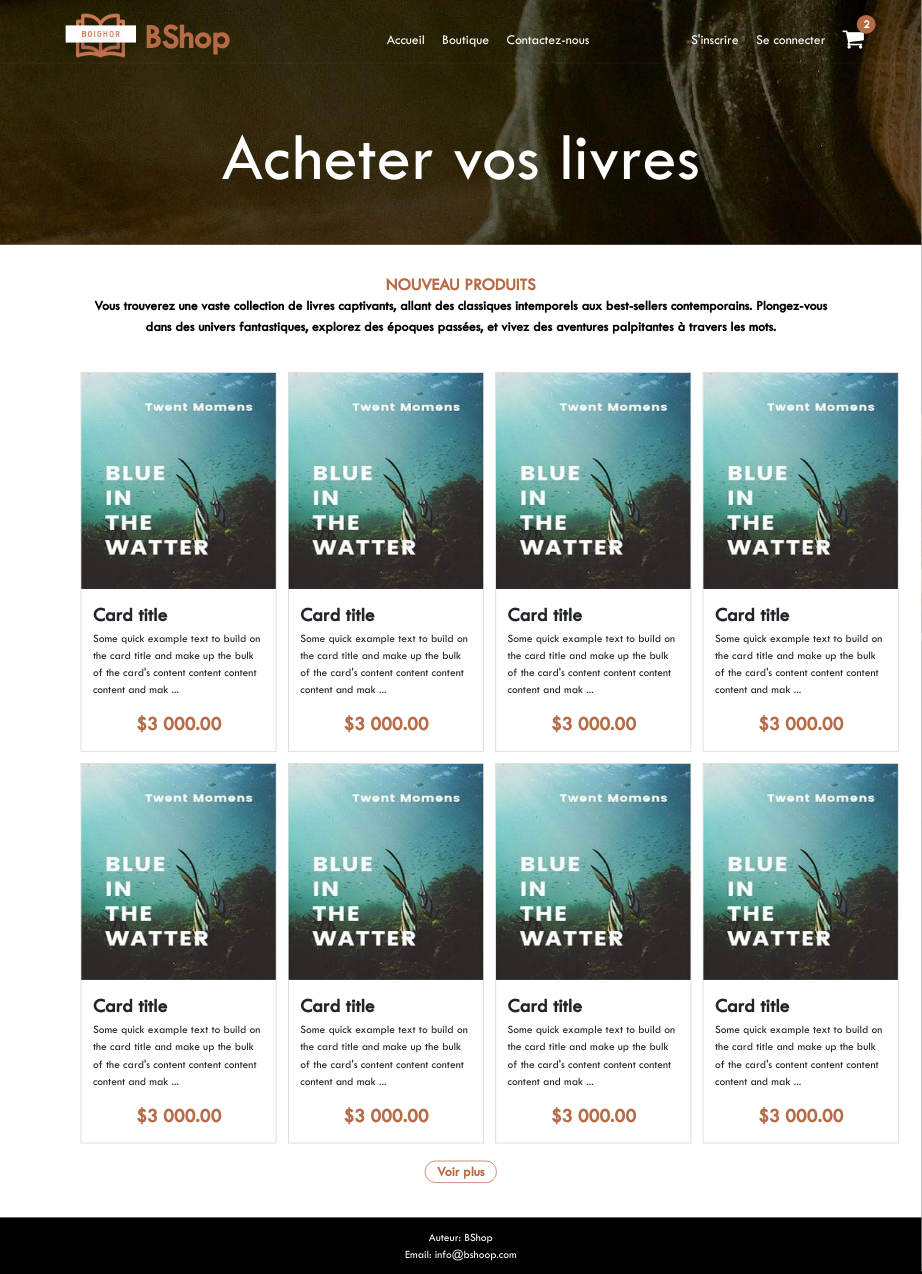
Repository: padevft/e-commerce-php
Page: http://localhost/
These files come from the project's save history. The page is drawn as it stood at one moment and after the next save; the edit follows.
The browser window is 1280 px wide. The pictures show the whole page, at 72% of full size.
The page is run by PHP 8.4 with error messages shown; the project is at /var/www/html/.

Above is the page before, as saved 2023-09-18 09:44:12.

### index.php
<?php
require_once('server/includes/utilitaires.inc.php');
?>
<!DOCTYPE html>
<html lang="en">

<head>
  <meta charset="UTF-8" />
  <meta name="viewport" content="width=device-width, initial-scale=1.0" />
  <title>Boutique en ligne</title>

  <link rel="stylesheet" href="client/css/styles.css">
  <link rel="stylesheet" href="client/utilitaires/bootstrap/css/bootstrap.min.css">
  <link rel="stylesheet" href="client/utilitaires/font-awesome-4.7.0/css/font-awesome.min.css">

</head>


<body>
  <div class="container-app">
    <?php
    require_once('server/includes/header.inc.php');
    ?>
    <main>
      <div class="d-flex align-items-center justify-content-center pt-5 container-intro">
        <span class="text-intro">
          Acheter vos livres
        </span>
      </div>
      <div class="container-products">
        <div class="d-flex flex-column align-items-center justify-content-center gap-2 text-center content-intro">
          <span class="text-intro-1"> NOUVEAU PRODUITS</span>
          <span class="text-intro-2">
            Vous trouverez une vaste collection de livres captivants, allant des classiques intemporels aux best-sellers contemporains. Plongez-vous dans des univers fantastiques, explorez des époques passées, et vivez des aventures palpitantes à travers les mots.
          </span>
        </div>
        <?php
        $products = getProducts();
        ?>
        <div class="content-products">
          <div class="grid-products">
            <?php foreach ($products as $product) : ?>
              <?= getHtmlProucut($product) ?>
            <?php endforeach; ?>
          </div>
        </div>
        <div class="d-flex align-items-center justify-content-center pt-4">
          <a href="./index.php" class="view-plus px-3">Voir plus</a>
        </div>
      </div>
  </div>
  </main>
  <?php
  require_once('server/includes/footer.inc.php');
  ?>
  <script src="client/utilitaires/Jquery/jquery-3.6.0.min.js"></script>
  <script src="client/utilitaires/bootstrap/js/bootstrap.min.js"></script>
</body>

</html>

### server/includes/utilitaires.inc.php
<?php

function getProducts()
{
    $liste = array();
    $liste[0] = 1;
    $liste[1] = 1;
    $liste[2] = 1;
    $liste[3] = 1;
    $liste[4] = 1;
    $liste[5] = 1;
    $liste[6] = 1;
    $liste[7] = 1;
    return $liste;
}

$des = 'Some quick example text to build on the card title and make up the bulk of the card\'s content content content content and make up the bulk of the card and make up the bulk of the card and make up the bulk of the card. ';


function getSubDescription($inputString)
{
    if (strlen($inputString) <= 125) {
        return $inputString;
    }
    $result = substr($inputString, 0, 125) . ' ...';
    return $result;
}

function formatPrice($price)
{
    return number_format($price, 2, '.', ' ');
}


function getHtmlProucut($product)
{
    global $des;
    $html = <<<HTML
    <div class="card position-relative item-product">
        <img src="client/images/p-3.jpg" alt="...">
        <div class="card-body">
            <span class="card-title title-product">Card title</span>
    HTML;
    $html .= '<p class="card-text text-des">' . getSubDescription($des) . '</p>';
    $html .= '<div class="d-flex justify-content-center"><span class="text-price">$' . formatPrice(3000) . '</span></div>';
    $html .= <<<HTML
        </div>
        <div class="hover-product">
            <div class="options">
                <div class="icons-options">
                    <a href="#" class="icon">
                        <i class="fa fa-shopping-cart"></i>
                    </a>
                    <a href="#" class="icon">
                        <i class="fa fa-eye"></i>
                    </a>
                </div>
            </div>
        </div>
    </div>
    HTML;

    return $html;
}

### server/includes/header.inc.php
<header>
    <nav class="container-nav">
        <div class="row align-items-center">
            <div class="col-12 col-sm-4">
                <div class="d-flex flex-row align-items-center">
                    <a class="container-logo" href="./index.html">
                        <img src="client/images/logo.png" />
                    </a>
                    <span class="text-logo">BShop</span>
                </div>
            </div>
            <div class="col-md-4">
                <div class="container-menu mt-2">
                    <ul class="d-flex flex-row align-items-center justify-content-end gap-4 menu">
                        <li><a href="index.php" class="menu-item">Accueil</a></li>
                        <li><a href="shop.php" class="menu-item">Boutique</a></li>
                        <li><a href="server/pages/shop.php" class="menu-item">Contactez-nous</a></li>
                    </ul>
                </div>
            </div>
            <div class="col-6 col-md-4">
                <div class="d-flex align-items-center gap-4 justify-content-end mt-2">
                    <div class="container-menu">
                        <ul class="d-flex align-items-center gap-4 menu">
                            <li> <a href="./index.html" class="menu-item">S'inscrire</a></li>
                            <li> <a href="./index.html" class="menu-item">Se connecter</a></li>
                        </ul>

                    </div>
                    <div class="position-relative container-shopping-cart">
                        <span><i class="fa fa-shopping-cart shopping-cart"></i></span>
                        <span class="position-absolute number-product">2</span>
                    </div>
                </div>

            </div>

        </div>
    </nav>
</header>

### server/includes/footer.inc.php
<footer>
    <div class="container-footer">
        <span>Auteur: BShop</span>
        <span>Email: info@bshoop.com</span>
    </div>

</footer>

### client/css/styles.css
/* var text-decoration */
@font-face {
  font-family: myfont;
  src: url(../utilitaires/fonts/ufonts.com_tw-cen-mt.ttf);
}

:root {
  --color-primary: #b76b45;
  --color-white-1: #fff;
  --color-bg-1: rgba(0, 0, 0, 0.366);
}

* {
  transition: all 0.5s ease;
}

body {
  font-family: myfont !important;
}
h1 {
  display: inline-flex;
  position: relative;
  cursor: pointer;
}

a {
  color: unset;
  outline: unset;
  text-decoration: none !important;
}

.container-app {
  background-image: url("../images/4.jpg");
  background-repeat: no-repeat;
  background-size: cover;
  background-position: center;
}
ul {
  list-style-type: none; /* Retire les puces */
}

/*

****************************
Header
****************************

*/

header {
  padding-top: 15px;
  padding-bottom: 10px;
}

header ul {
  margin: 0 !important;
}
.container-nav {
  padding: 0 5rem;
  border-bottom: 1px solid rgba(255, 255, 255, 0.1);
}
.container-logo {
  width: 120px;
  height: 65px;
}
.container-logo img {
  width: 100%;
  height: 100%;
}
.text-logo {
  font-size: 3rem;
  font-weight: bold;
  color: var(--color-primary);
}
.menu-item {
  display: inline;
  position: relative;
  color: var(--color-white-1);
  padding-bottom: 5px;
  font-size: 1.2rem;
}

.menu-item:hover {
  color: var(--color-primary);
}
.menu-item::before {
  content: "";
  position: absolute;
  bottom: 0;
  left: 0;
  background: var(--color-primary);
  height: 2.5px;
  opacity: 1;
  visibility: visible;
  width: 0;
  -webkit-transition: 0.4s all ease-out;
  -o-transition: 0.4s all ease-out;
  transition: 0.4s all ease-out;
}
.menu-item:hover:before {
  width: 100%;
}

.number-product {
  bottom: 25px;
  font-weight: bold;
  color: var(--color-white-1);
  font-size: 1rem;
  height: 26px;
  line-height: 17px;
  width: 26px;
  background: var(--color-primary) none repeat scroll 0 0;
  border-radius: 100px;
  display: flex;
  justify-content: center;
  align-items: center;
  left: 20px;
}

.shopping-cart {
  color: var(--color-white-1);
  font-size: 2rem !important;
}
.container-shopping-cart:hover .shopping-cart {
  color: var(--color-primary);
  cursor: pointer;
  transform: scale(0.8);
}
.container-shopping-cart:hover .number-product {
  transform: scale(1.7);
  color: var(--color-primary);
  background: var(--color-white-1) none repeat scroll 0 0;
}
.text-intro {
  font-size: 6rem;
  color: var(--color-white-1);
}

/*

****************************
Main
****************************

*/

.container-intro {
  padding: 50px 0;
}
.container-products {
  background-color: var(--color-white-1);
  padding: 3rem 1rem;
}
.content-products,.content-intro {
  padding: 0 6rem;
}
.text-intro-1 {
  color: var(--color-primary);
  font-size: 1.5rem;
  font-weight: 700;
  line-height: 15px;
}

.text-intro-2 {
  color: #000;
  font-size: 1.2rem;
  font-weight: 700;
}

.grid-products {
  display: grid;
  grid-template-columns: repeat(4, 1fr);
  grid-gap: 1rem;
  padding-top: 3rem;
}

.item-product {
  cursor: pointer;
  width: 17rem;
  /* border: unset !important; */
  border-radius: unset !important;
}

.item-product .img-product {
  width: 100%;
  /* border-radius: 15px; */
}

.hover-product {
  width: 100%;
  height: 100%;
  background-color: var(--color-bg-1);
  position: absolute;
  left: 0;
  top: 0;
  /* border-radius: 0.375rem; */
  display: flex;
  justify-content: center;
  align-items: center;
  flex-direction: row;
  opacity: 0;
  transform: scale(0);
  transition: all 0.5s ease-in-out;
}

.item-product:hover .hover-product {
  opacity: 1;
  transform: scale(1);
}
.item-product img {
  width: 100%;
  height: 300px;
}

.hover-product span {
  color: white;
  font-weight: 500;
}

.title-product {
  font-weight: 800;
  font-size: 1.7rem !important;
}
.text-des {
  font-weight: 550;
}
.text-price {
  color: var(--color-primary);
  font-size: 1.7rem;
  font-weight: bold;
}
.options {
  transform: scaleX(0);
  transform-origin: top;
  transition: all 0.7s ease-in-out;
}

.item-product:hover .options {
  transform: scaleX(1);
}
.icons-options {
  display: flex;
  align-items: center;
  justify-content: center;
}

.icon {
  background-color: var(--color-primary);
  border-radius: 50%;
  width: 45px;
  height: 45px;
  display: flex;
  align-items: center;
  justify-content: center;
  margin: 0 1rem;
  cursor: pointer;
  transition: all 0.7s ease-in-out;
}

.icon:hover {
  background-color: var(--color-white-1);
}

.icon i {
  color: var(--color-white-1);
  font-size: 1.2rem;
}

.icon:hover i {
  color: var(--color-primary);
}

.view-plus{
  border: 1px solid var(--color-primary);
  color: var(--color-primary);
  background-color: var(--color-white-1);
  font-weight: 600;
  font-size: 1.2rem;
  border-radius: 15px;
  transition: all 0.7s cubic-bezier(0.68, -0.55, 0.265, 1.55);
}

.view-plus:hover{
  background-color: var(--color-primary);
  color: var(--color-white-1);
}


/*

****************************
footer
****************************

*/

footer {
  background-color: var(--color-white-1);
}
.container-footer {
  background-color: #000;
  display: flex;
  flex-direction: column;
  justify-content: center;
  align-items: center;
  padding: 15px 0;
}
.container-footer span {
  color: var(--color-white-1);
}

Loaded but not shown: client/utilitaires/bootstrap/css/bootstrap.min.css (library); client/utilitaires/font-awesome-4.7.0/css/font-awesome.min.css (library); client/utilitaires/Jquery/jquery-3.6.0.min.js (library); client/utilitaires/bootstrap/js/bootstrap.min.js (library)

After the next save:
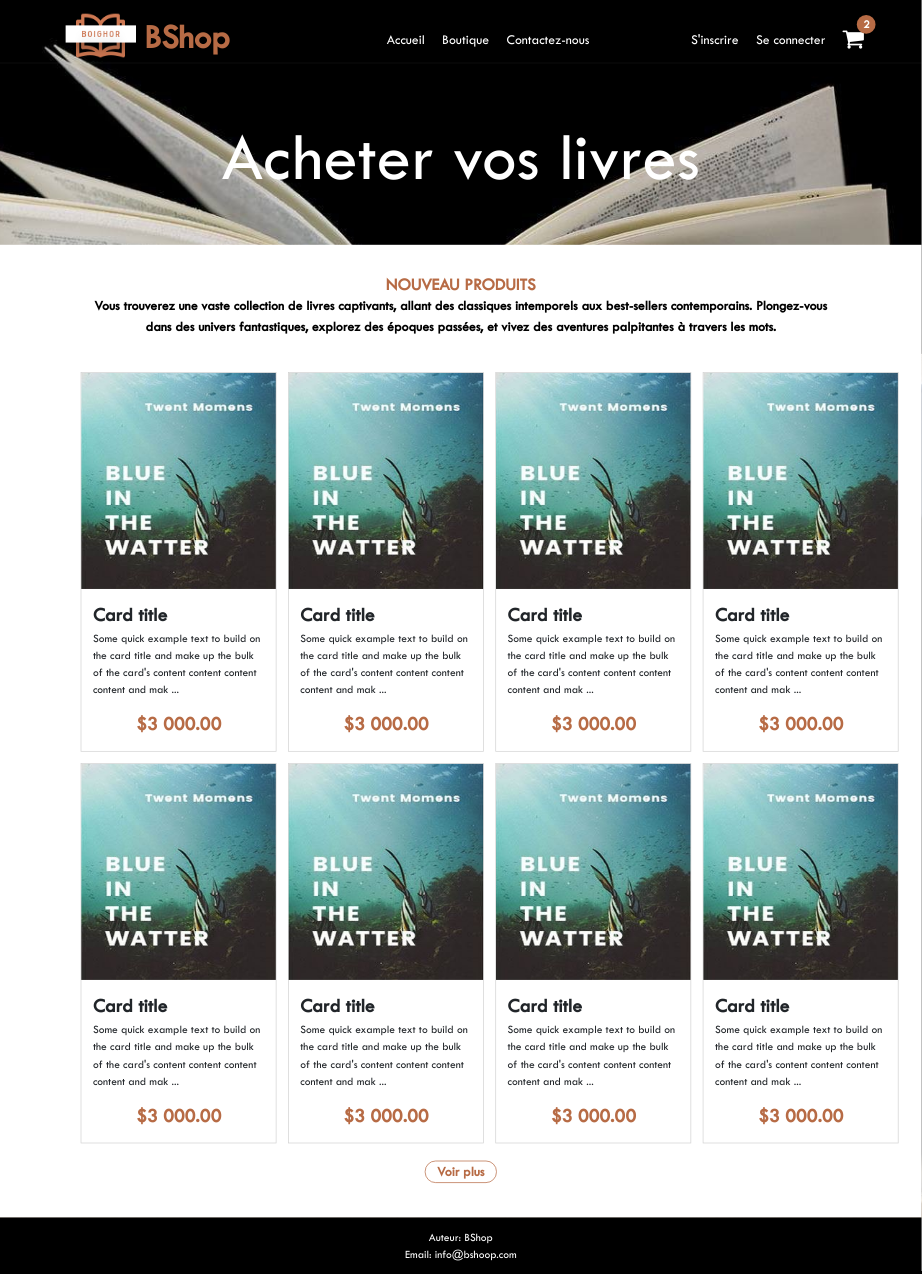
Saved 13 s later.
--- a/client/css/styles.css
+++ b/client/css/styles.css
@@ -30,7 +30,7 @@ a {
 }
 
 .container-app {
-  background-image: url("../images/4.jpg");
+  background-image: url("../images/bg.jpg");
   background-repeat: no-repeat;
   background-size: cover;
   background-position: center;
